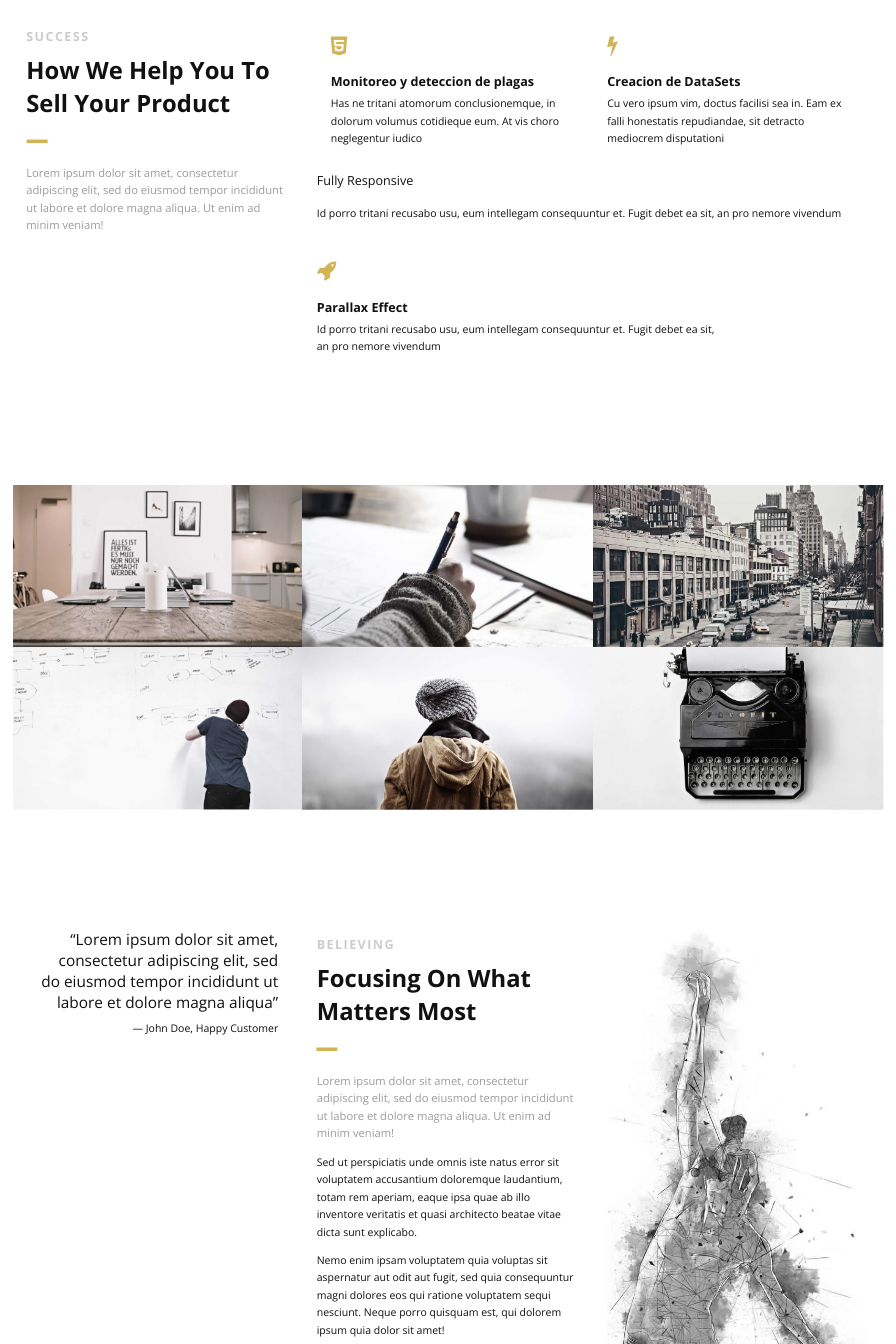
Repository: LukasMoyano/AlphaInfinityPresentationWepPage0.0.1a
Page: index.html
The author's editor kept a copy of each file at every save. The page is drawn from the files as they stood at one save, then again after the next save.
The browser window is 1280 px wide. The pictures show the part of the page from y = 889 to 2809 px (the page is 5523 px tall before and 5462 px after), at 70% of full size.

Above is the page before, as saved 2024-05-16 20:02:29.

After the next save:
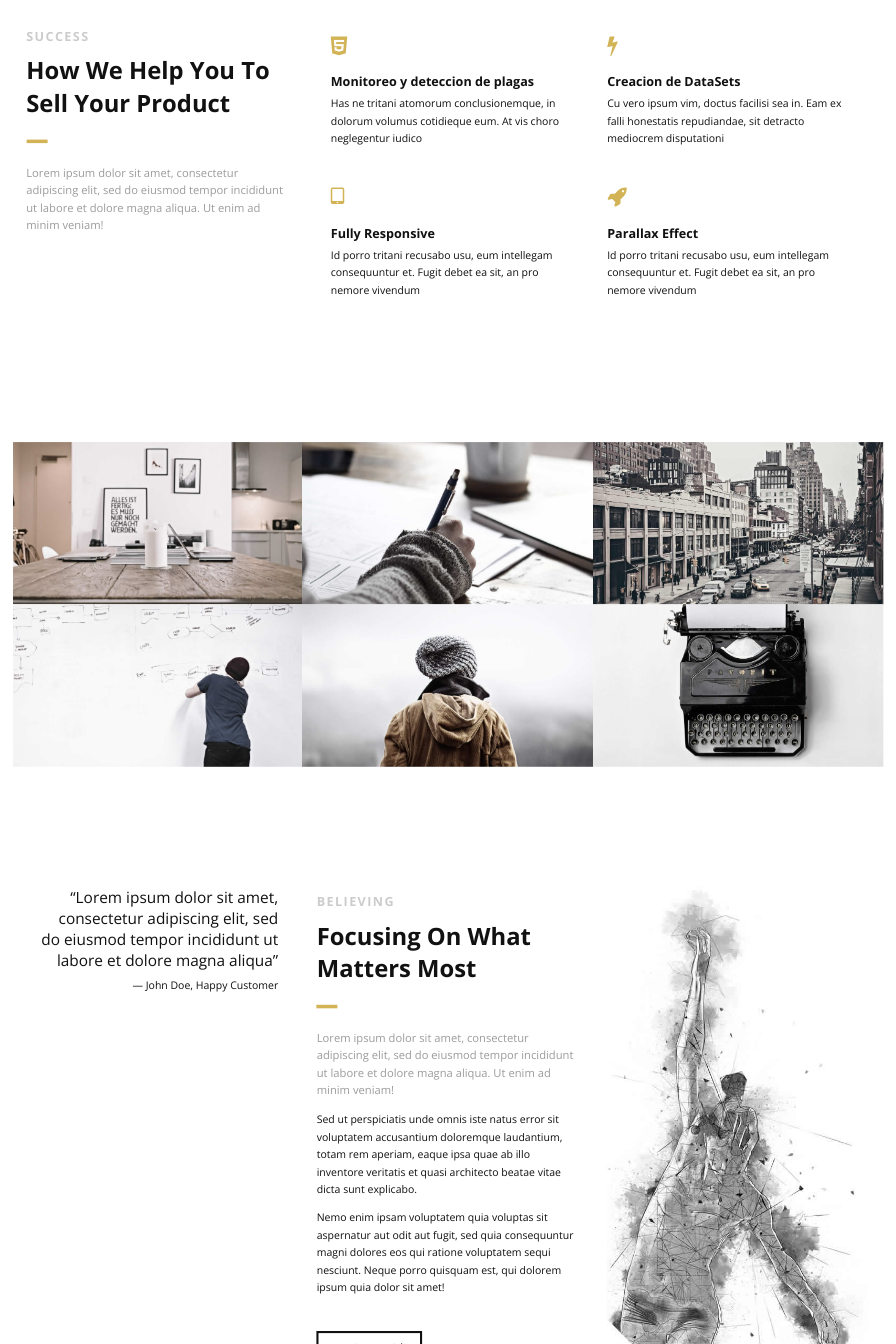
Saved 6 s later.
--- a/index.html
+++ b/index.html
@@ -205,8 +205,10 @@
                     <!--End of Icon Block-->
 
                     <!--Icon Block-->
+                    <div class="col-2 icon-block icon-top wow fadeInUp" data-wow-delay="0.5s">
                         <!--Icon-->
                         <div class="icon">
+                            <i class="fa fa-tablet fa-2x"></i>
                         </div>
                         <!--Icon Block Description-->
                         <div class="icon-block-description">
